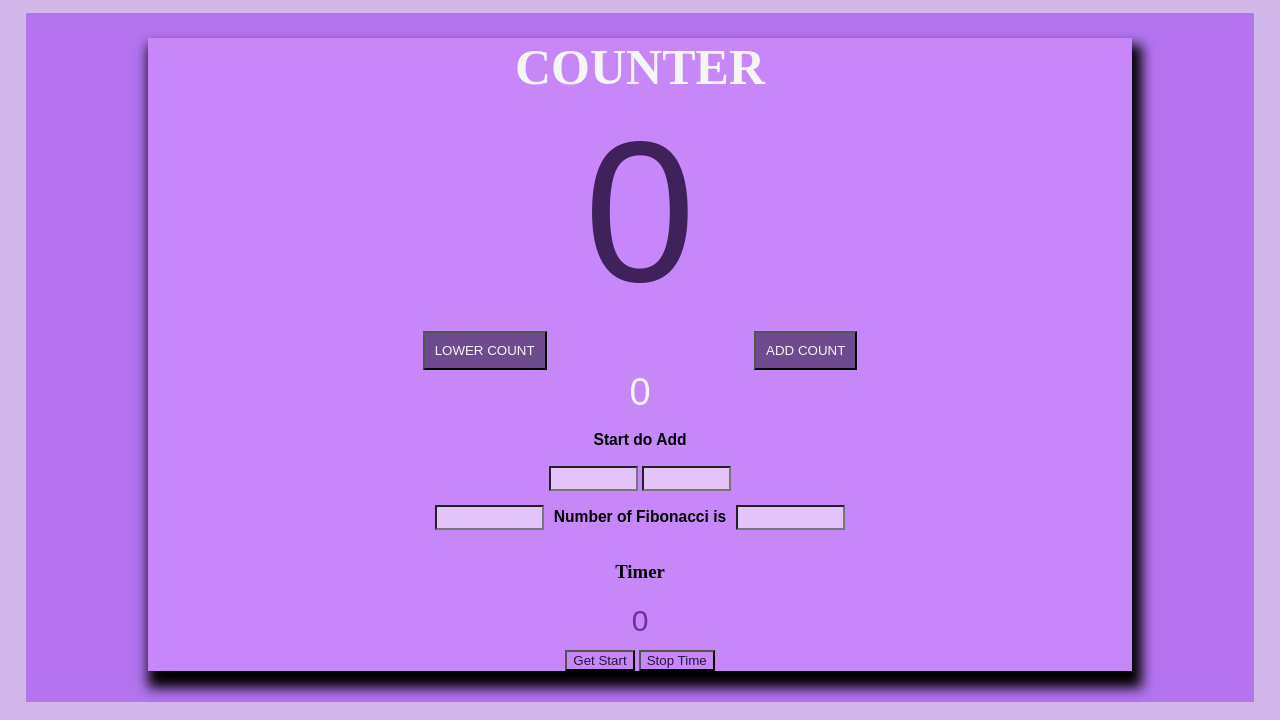
Repository: AnahitKhechumyan/Counter
Page: index.html
An editor plug-in stored every save of this project. The page is shown before and after the next save, followed by the edit.
The browser window is 1280 px wide. The pictures show the whole page.

Above is the page before, as saved 2022-02-16 01:43:37.

After the next save:
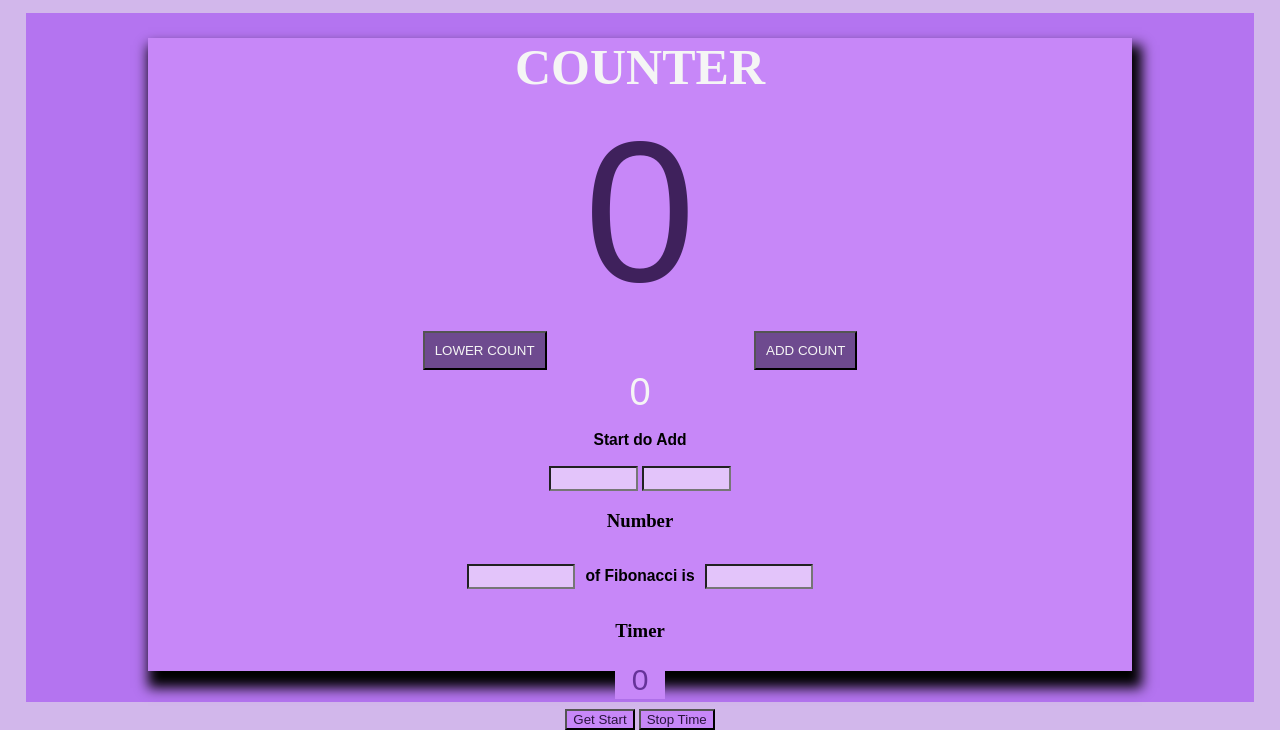
Saved 7 min 2 s later.
--- a/index.html
+++ b/index.html
@@ -22,8 +22,9 @@
                 <input class ="firstInput" type="text" />
                 <input class ="secondInput" type = "text"/>
            </div>
+           <h3>Number</h3>
            <input class= "inputNumber" type="text"/>
-           <button class= "fibonacci" type="button"><h3>Number of Fibonacci is</h3></button>
+           <button class= "fibonacci" type="button"><h3>of Fibonacci is</h3></button>
            <input class= "inputFibonacci" type="text"/>
            <h3>Timer</h3>
            <button class= "timer">0</button>
